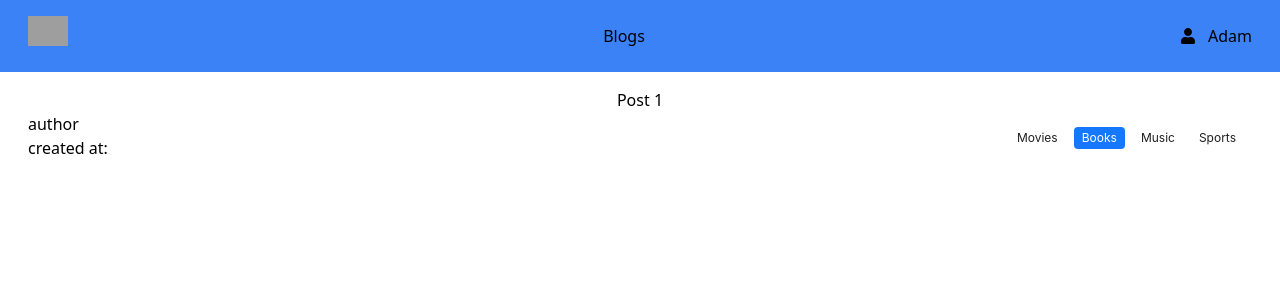
Repository: Lan-au-75/zv-app
Page: /
These files come from the project's save history. The page is drawn as it stood at one moment and after the next save; the edit follows.
The browser window is 1280 px wide. The pictures show the whole page.
Pictures or frames that could not be fetched are drawn as grey boxes. The page's requests for data from a server got no answer. The project was rebuilt for these pictures with package versions that can differ from the ones it lists, and the page was loaded fresh each time. No one was signed in, and anything a server would have sent is missing. Also part of the build but not shown: vite.config.js.

Above is the page before, as saved 2023-12-13 12:00:15.

### src/App.jsx
import { useEffect, useState } from 'react'
import Header from './components/Header'
import Post from './components/Post'

export default function App() {
    const [posts, setPosts] = useState()
    const [comments, setComments] = useState()
    const [users, setUsers] = useState()

    useEffect(() => {
        const fetchPosts = async () => {
            const res = await fetch('https://jsonplaceholder.typicode.com/posts?_limit=10')
            const data = await res.json()
            setPosts(data)
        }

        const fetchComments = async () => {
            const res = await fetch('https://jsonplaceholder.typicode.com/comments?_limit=10')
            const data = await res.json()
            setComments(data)
        }

        const fetchUsers = async () => {
            const res = await fetch('https://jsonplaceholder.typicode.com/users?_limit=10')
            const data = await res.json()
            setUsers(data)
        }

        fetchPosts()
        fetchComments()
        fetchUsers()
    }, [])

    return (
        <div>
            <Header></Header>
            <Post posts={posts} comments={comments} users={users}></Post>
        </div>
    )
}

### src/components/Header.jsx
import { FaUser } from 'react-icons/fa'
function Header() {
    return (
        <header className='bg-blue-500'>
            <div className='flex items-center justify-between mx-3 p-4'>
                <div className='w-10 h-10 '>
                    <img
                        src='https://cdn.pixabay.com/photo/2020/07/21/02/07/facebook-5424833_960_720.png'
                        alt='facebook'
                    />
                </div>
                <div>Blogs</div>
                <div className='flex gap-3 items-center'>
                    <FaUser />
                    <div>Adam</div>
                </div>
            </div>
        </header>
    )
}

export default Header

### src/components/Post.jsx
import { Space } from 'antd'
import CheckableTag from 'antd/es/tag/CheckableTag'
import { useState } from 'react'

const tagsData = ['Movies', 'Books', 'Music', 'Sports']

function Post() {
    const [selectedTags, setSelectedTags] = useState(['Books'])

    const handleChange = (tag, checked) => {
        const nextSelectedTags = checked
            ? [...selectedTags, tag]
            : selectedTags.filter((t) => t !== tag)
        console.log('You are interested in: ', nextSelectedTags)
        setSelectedTags(nextSelectedTags)
    }

    // const getComments = () => {
    //     const postID = comments.map((comment) => comment.postId)
    // }

    return (
        <main className='p-4'>
            <h1 className='flex items-center justify-center'>Post 1</h1>
            <div className='flex items-center justify-between mx-3'>
                {/* author */}
                <div>
                    <h3>author</h3>
                    <span className='mt-2'>created at: </span>
                </div>
                {/* search keyword */}
                <div>
                    <Space size={[0, 8]} wrap>
                        {tagsData.map((tag) => (
                            <CheckableTag
                                key={tag}
                                checked={selectedTags.includes(tag)}
                                onChange={(checked) => handleChange(tag, checked)}
                            >
                                {tag}
                            </CheckableTag>
                        ))}
                    </Space>
                </div>
            </div>
            {/* desc */}
            <p></p>
        </main>
    )
}

export default Post

Loaded but not shown: index.html (common file); src/main.jsx (common file); src/index.css (common file); tailwind.config.js (common file)

After the next save:
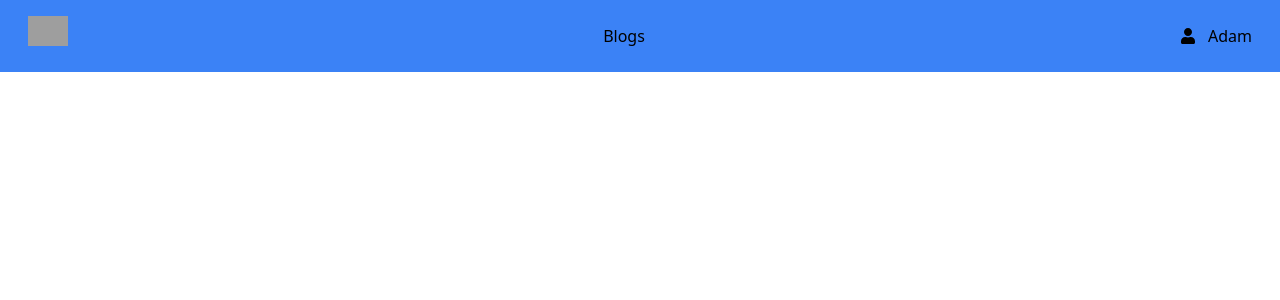
Saved 112 s later.
--- a/src/components/Post.jsx
+++ b/src/components/Post.jsx
@@ -4,7 +4,11 @@
 
 const tagsData = ['Movies', 'Books', 'Music', 'Sports']
 
-function Post() {
+function Post({ posts, comments, users }) {
+    if (!comments) {
+        return
+    }
+
     const [selectedTags, setSelectedTags] = useState(['Books'])
 
     const handleChange = (tag, checked) => {
@@ -15,9 +19,9 @@
         setSelectedTags(nextSelectedTags)
     }
 
-    // const getComments = () => {
-    //     const postID = comments.map((comment) => comment.postId)
-    // }
+    const getComments = () => {
+        const postID = comments?.map((comment) => comment.postId)
+    }
 
     return (
         <main className='p-4'>

After the save that followed:
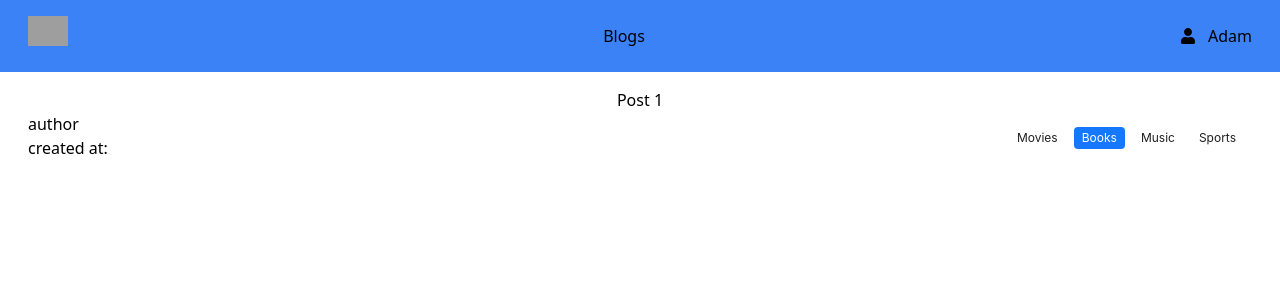
Saved 10 s later.
--- a/src/components/Post.jsx
+++ b/src/components/Post.jsx
@@ -5,9 +5,7 @@
 const tagsData = ['Movies', 'Books', 'Music', 'Sports']
 
 function Post({ posts, comments, users }) {
-    if (!comments) {
-        return
-    }
+    console.log(comments)
 
     const [selectedTags, setSelectedTags] = useState(['Books'])
 
